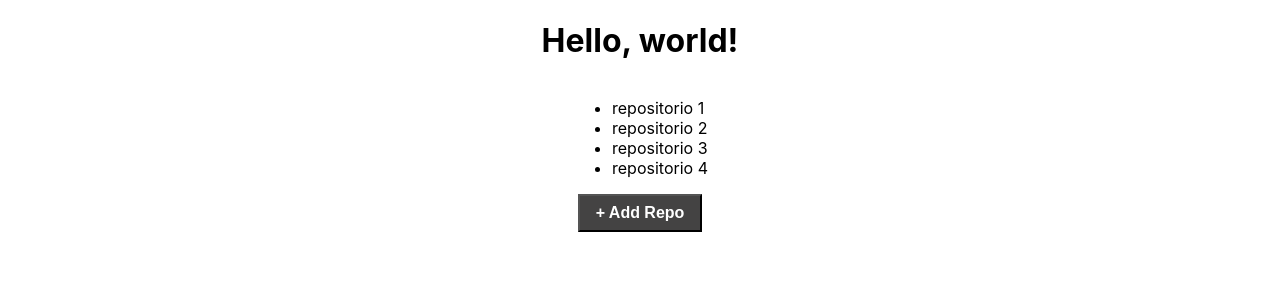
Repository: thiagolucio/react-hooks-use
Page: /
The author's editor kept a copy of each file at every save. The page is drawn from the files as they stood at one save, then again after the next save.
The browser window is 1280 px wide. The pictures show the whole page.
The project was rebuilt for these pictures with package versions that can differ from the ones it lists, and the page was loaded fresh each time.

Above is the page before, as saved 2022-03-08 15:57:35.

### src/index.css
body {
  margin: 0;
  padding: 0;
  overflow-x: hidden;
  font-family: -apple-system, BlinkMacSystemFont, 'Segoe UI', 'Roboto', 'Oxygen',
    'Ubuntu', 'Cantarell', 'Fira Sans', 'Droid Sans', 'Helvetica Neue',
    sans-serif;
  -webkit-font-smoothing: antialiased;
  -moz-osx-font-smoothing: grayscale;
}

code {
  font-family: source-code-pro, Menlo, Monaco, Consolas, 'Courier New',
    monospace;
}

.container_column_center {
  display: flex;
  flex-direction: column;
  justify-content: flex-start;
  align-items: center;
}

.container_row_center {
  display: flex;
  flex-direction: row;
  justify-content: flex-start;
}


.font18px {font-size: 18px;}
.font20px {font-size: 20px;}
.font22px {font-size: 22px;}
.font24px {font-size: 24px;}

### src/App.js
import React from "react";
import './App.css';

import UseStateExample from "./Components/UseStateExample";



function App() {
  return (
    <>
      <UseStateExample />
    </>
  );
}

export default App;

### src/Components/UseStateExample.js
import React, { useState } from "react";
import "./UseStateExample.css";

function UseStateExample() {

  const [repositories, setRepositories] = useState([
    { id: 1, name: "repositorio 1" },
    { id: 2, name: "repositorio 2" },
    { id: 3, name: "repositorio 3" },
    { id: 4, name: "repositorio 4" },
  ]);

    function handleAddRepo() {

        let numName  = repositories.length + 1;

        setRepositories([...repositories, { id: Math.random(), name: "repositorio " + numName}]);
    }

  return (
    <div className="container">
      <h1>Hello, world!</h1>
      <ul>
        {repositories.map((repo) => (
          <li key={repo.id}>{repo.name}</li>
        ))}
      </ul>
      <button className="buttonApp" onClick={handleAddRepo}>+ Add Repo</button>
    </div>
  );
}

export default UseStateExample;

### src/Components/UseStateExample.css
.buttonApp {
    font-size: 16px;
    padding: 8px 16px;
    background-color: rgb(68, 67, 67);
    color: #fff;
    font-weight: bold;
}

Loaded but not shown: public/index.html (common file); src/index.js (common file); src/reportWebVitals.js (common file); src/App.css (common file)

After the next save:
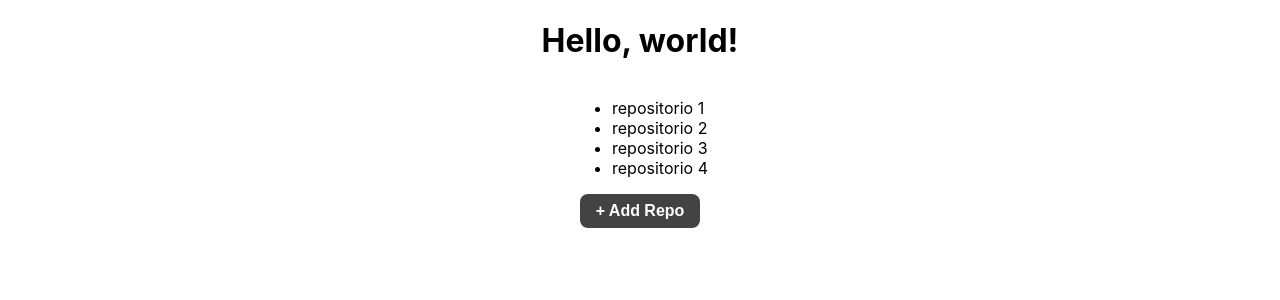
Saved 63 min 16 s later.
--- a/src/Components/UseStateExample.css
+++ b/src/Components/UseStateExample.css
@@ -4,4 +4,6 @@
     background-color: rgb(68, 67, 67);
     color: #fff;
     font-weight: bold;
+    border: none;
+    border-radius: 8px;
 }
